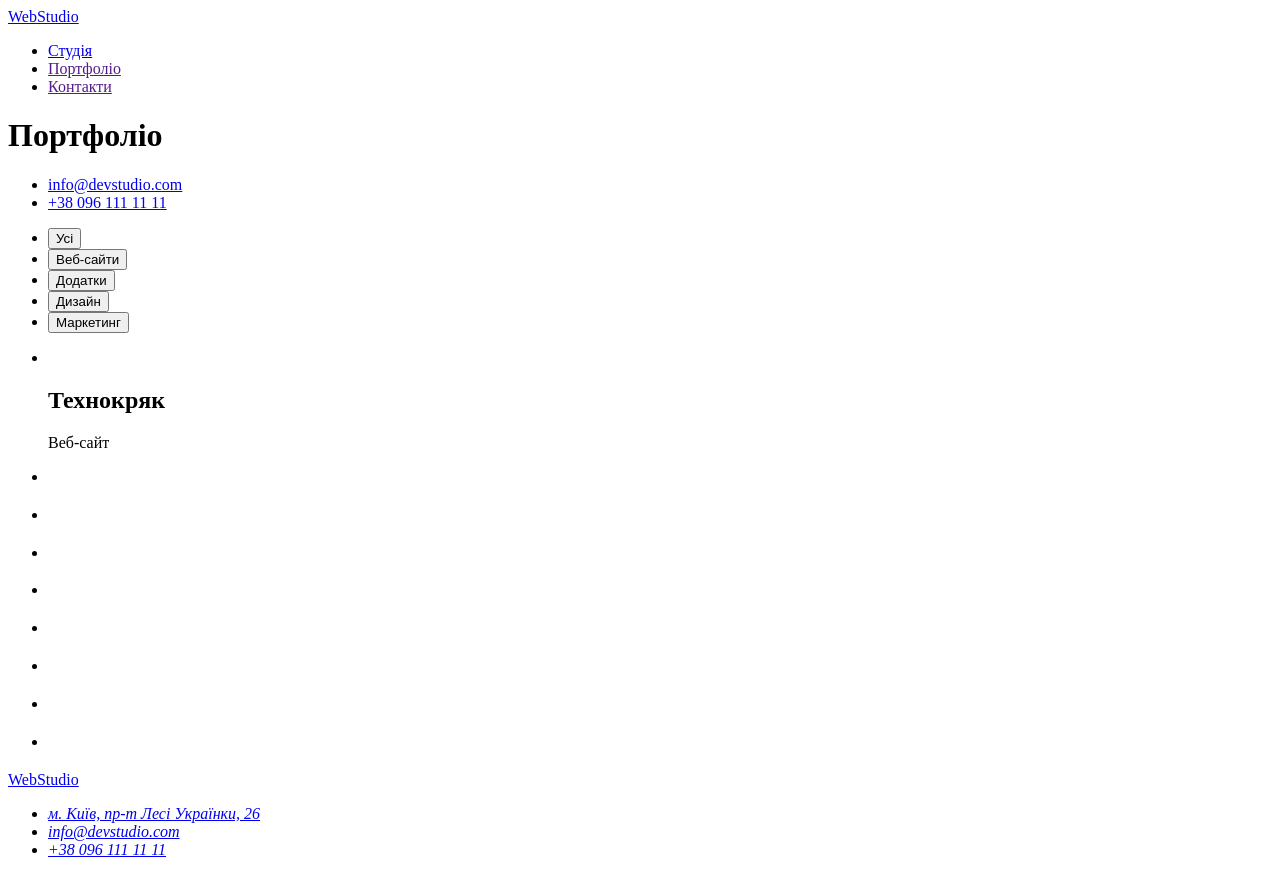
Repository: Mariia2811/goit-markup-hw-03
Page: portfolio.html
These files come from the project's save history. The page is drawn as it stood at one moment and after the next save; the edit follows.
The browser window is 1280 px wide. The pictures show the whole page.

Above is the page before, as saved 2022-11-24 19:59:53.

After the next save:
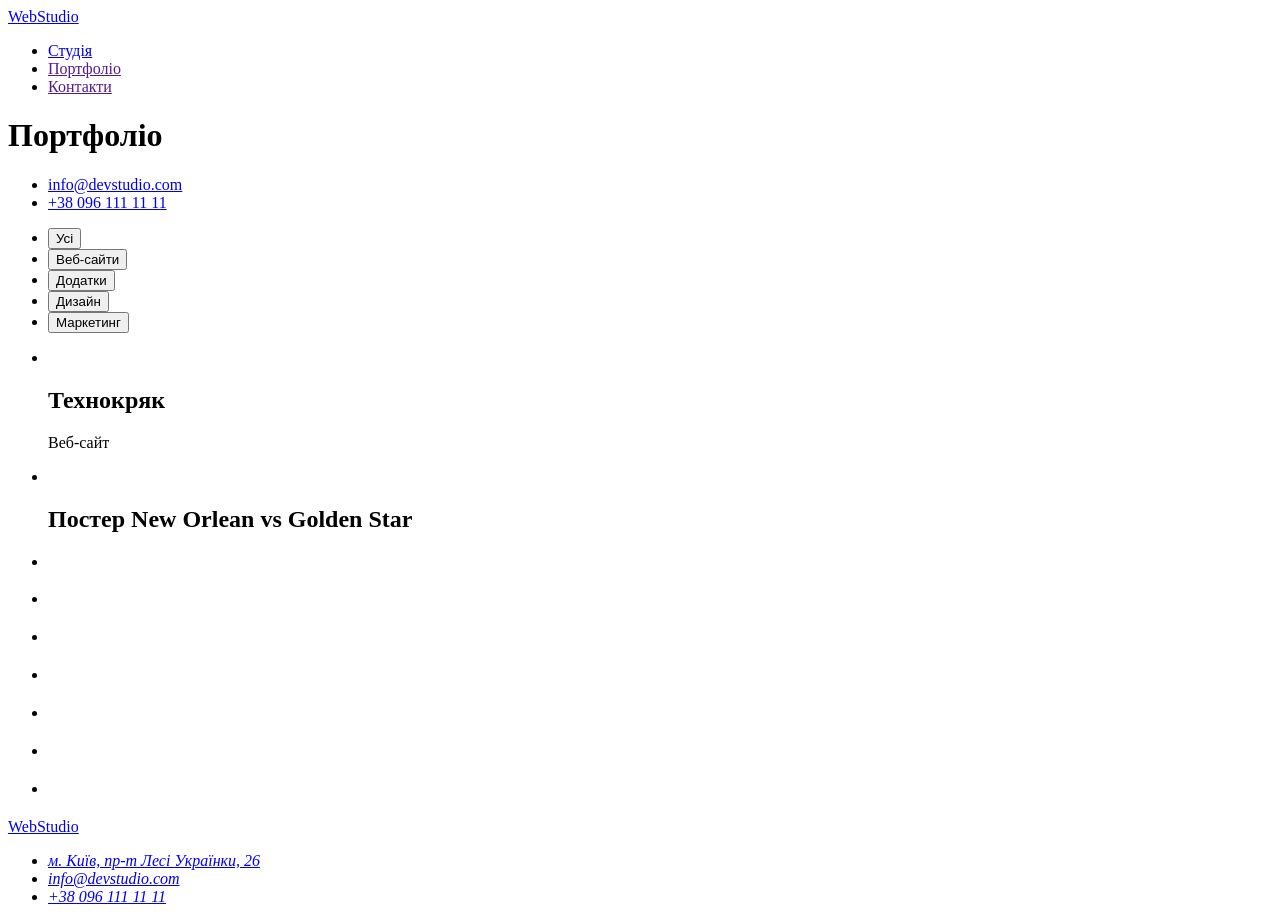
Saved 5 s later.
--- a/portfolio.html
+++ b/portfolio.html
@@ -41,7 +41,7 @@
                 </li>
                 <li>
                     <img src="" alt="">
-                    <h2></h2>
+                    <h2>Постер New Orlean vs Golden Star</h2>
                     <p></p>
                 </li>
                 <li>
